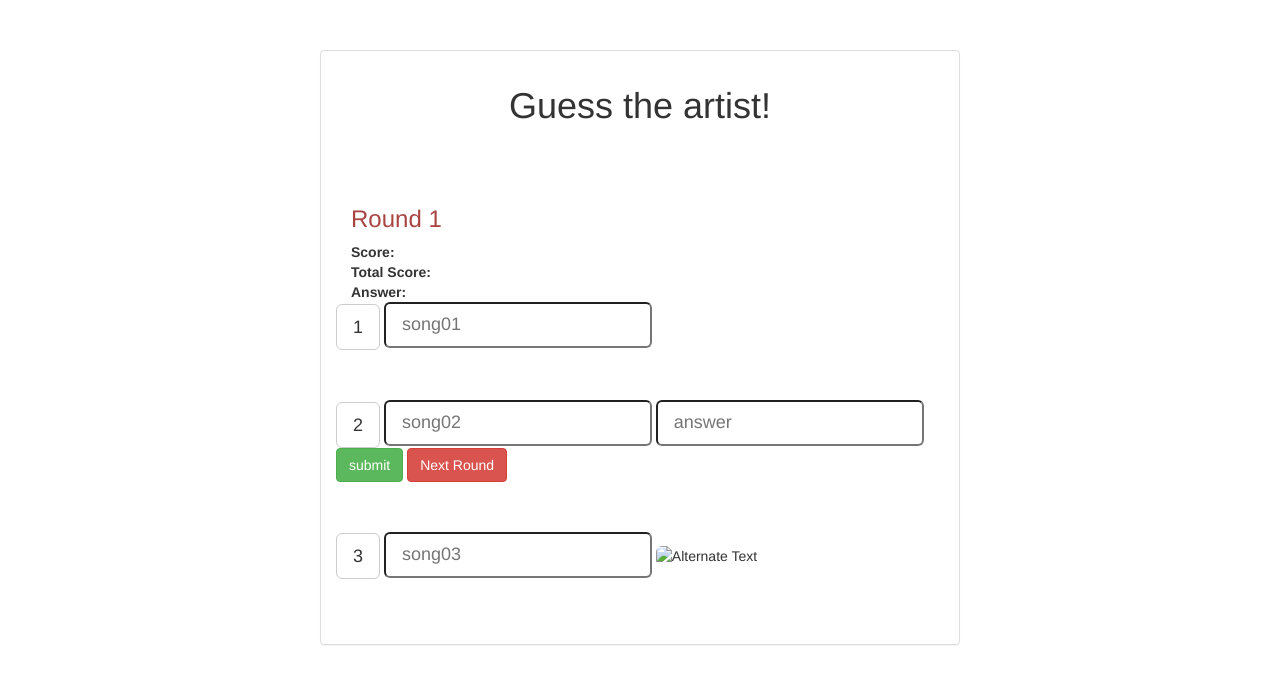
Repository: VladLevishevGIT/MyProjects
Page: Java/GuessTheArtistQuizWeb/WebContent/GuessTheArtist.html
An editor plug-in stored every save of this project. The page is shown before and after the next save, followed by the edit.
The browser window is 1280 px wide. The pictures show the whole page.
The page's requests for data from a server got no answer.

Above is the page before, as saved 2017-03-07 10:17:58.

After the next save:
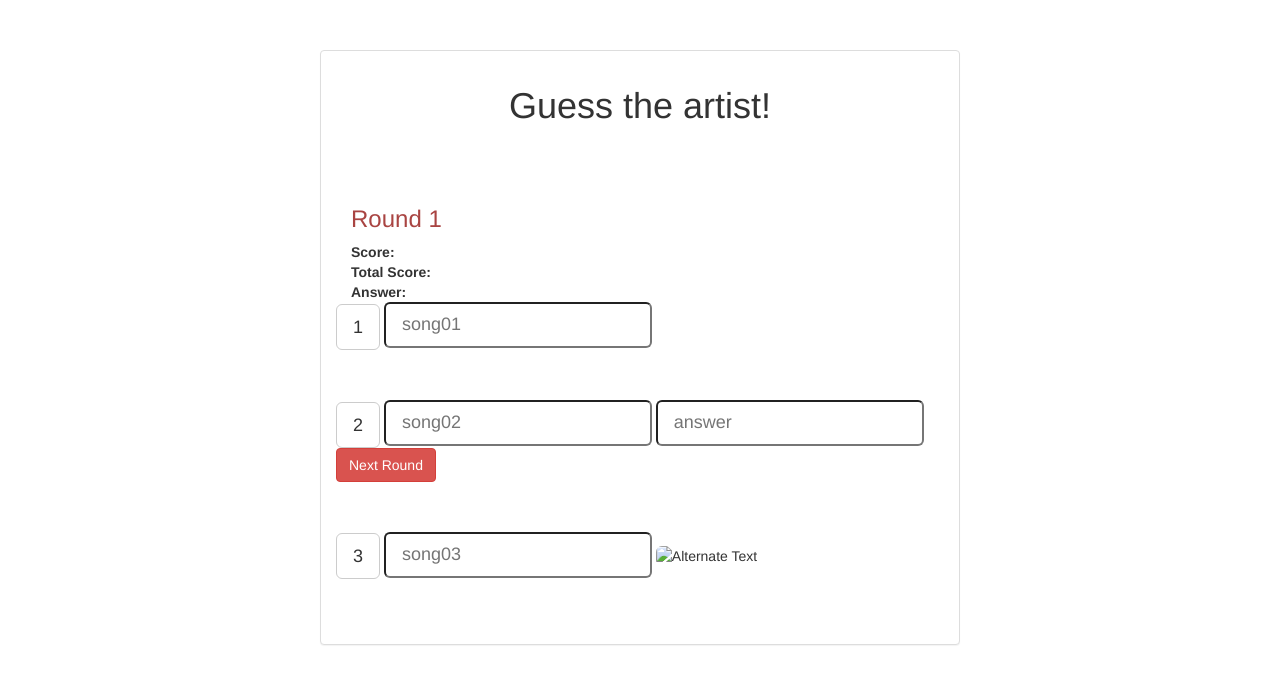
Saved 3 min 9 s later.
--- a/Java/GuessTheArtistQuizWeb/WebContent/GuessTheArtist.html
+++ b/Java/GuessTheArtistQuizWeb/WebContent/GuessTheArtist.html
@@ -31,7 +31,7 @@
                         <button type="button" class="btn btn-lg btn-default">2</button>
                         <input type="text" name="song02" value="{{round.secondSong}}" class="input-lg" placeholder="song02"/>
                         <input type="text" name="answer" value="" class="input-lg" placeholder="answer" ng-model="inputValue"/>
-                        <button class="btn btn-success" ng-click="getOneMoreSong(inputValue)">submit</button>
+                        <button class="btn btn-success" ng-click="getOneMoreSong(inputValue)" ng-show="{{answer}}">submit</button>
                         <button class="btn btn-danger" ng-click="nextRound()">Next Round</button>
                     </div>
                         <div style="height:50px"></div>
